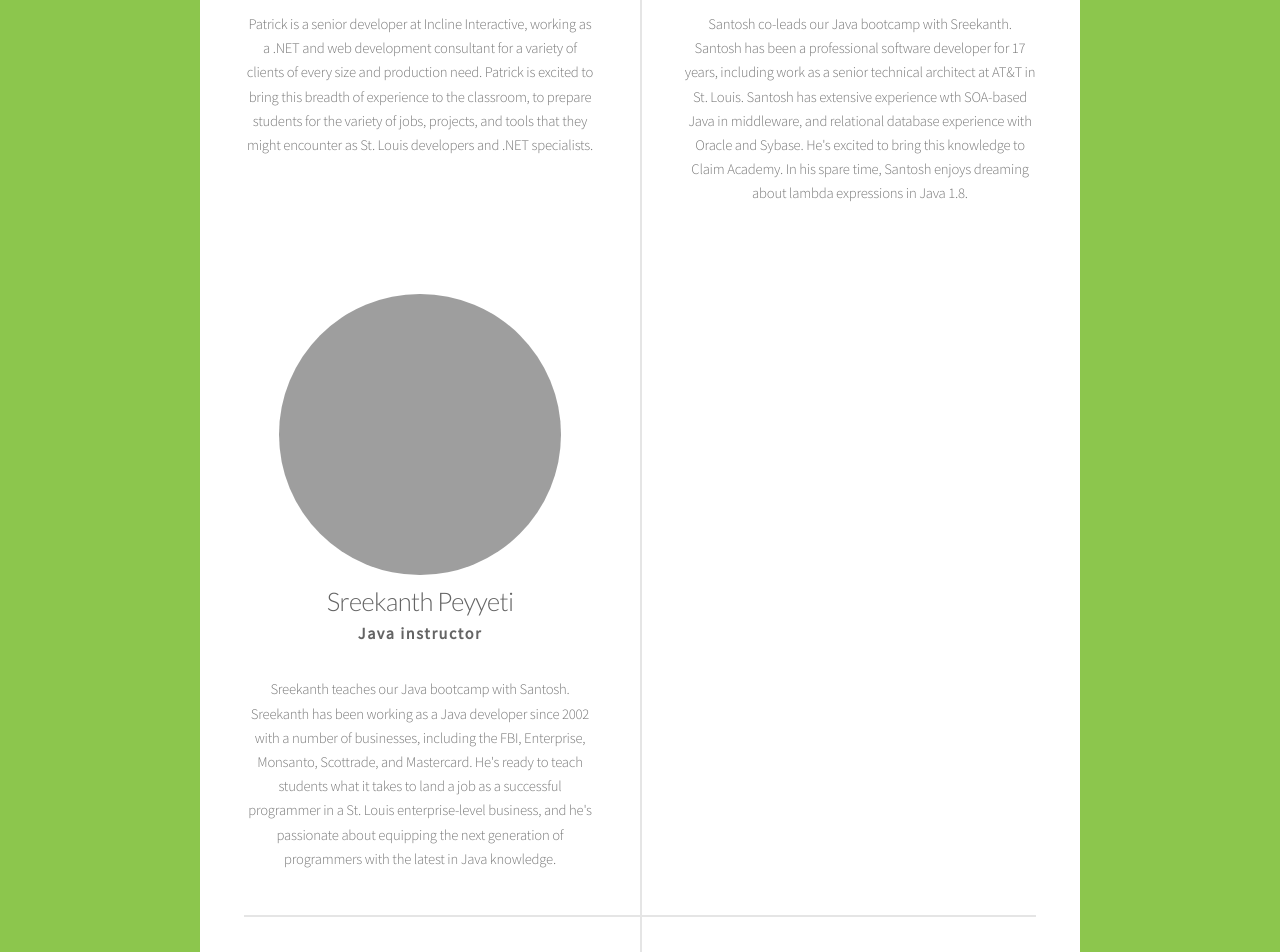
Repository: Kemo92/ClaimAcademy
Page: teachers.html
The author's editor kept a record of every edit. The page is drawn from the files as they stood at one moment, then again after the next edit.
The browser window is 1280 px wide. The pictures show the part of the page from y = 1466 to 2418 px (the page is 5048 px tall before and 5050 px after).
Pictures or frames that could not be fetched are drawn as grey boxes.

Above is the page before.

After the next edit:
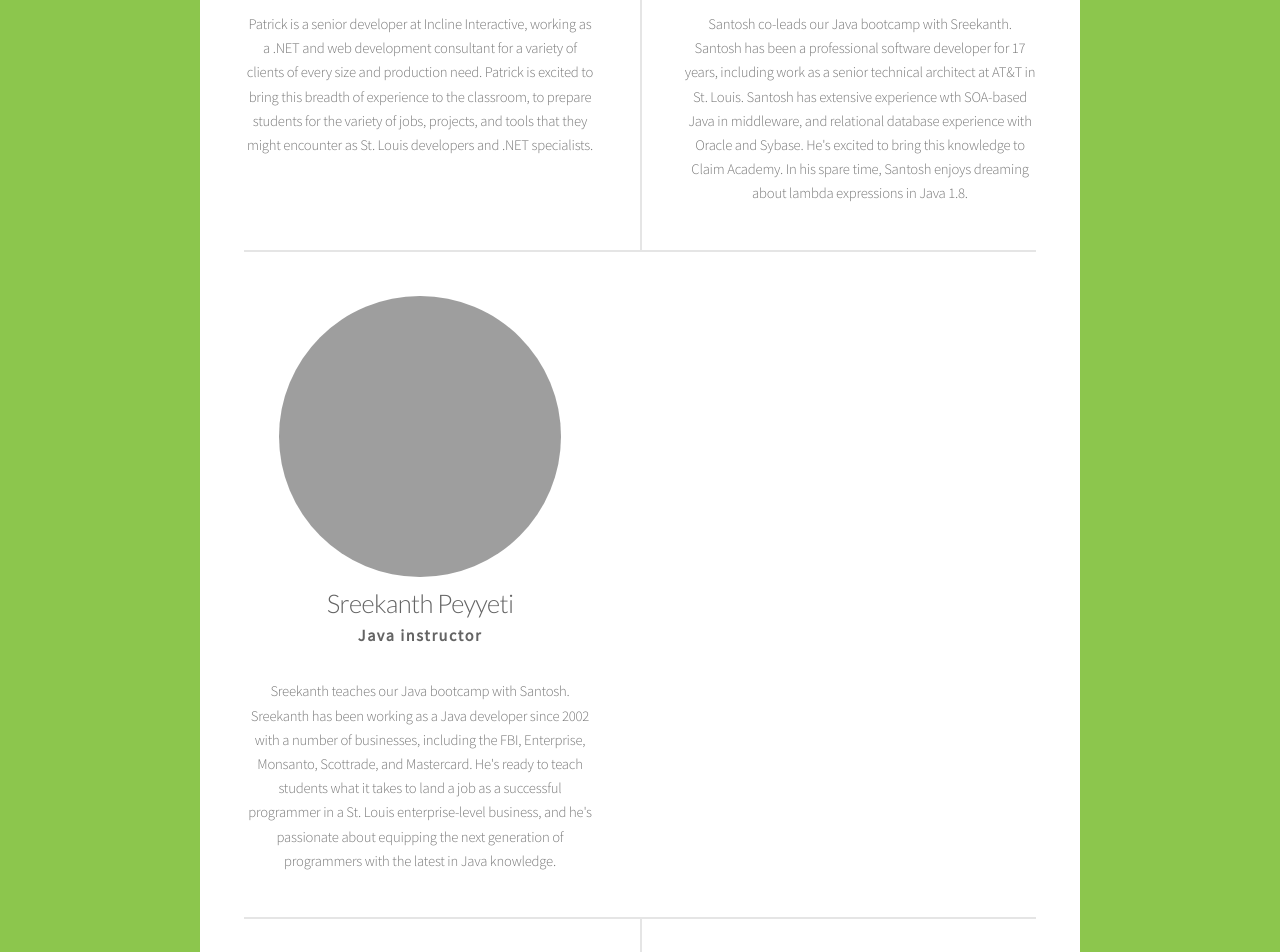
The edit:
--- a/teachers.html
+++ b/teachers.html
@@ -74,7 +74,8 @@
 						<h4 id="teacherrole">Java instructor</h4>
 						<p>Santosh co-leads our Java bootcamp with Sreekanth. Santosh has been a professional software developer for 17 years, including work as a senior technical architect at AT&T in St. Louis. Santosh has extensive experience wth SOA-based Java in middleware, and relational database experience with Oracle and Sybase. He's excited to bring this knowledge to Claim Academy. In his spare time, Santosh enjoys dreaming about lambda expressions in Java 1.8.</p>
 					</section>
-				<!--<div class="features-row">-->
+				</div>
+				<div class="features-row">
 					<section>
 						<span class="image circle sreekanth"></span>
 							<h3 id="teachername">Sreekanth Peyyeti</h3>
